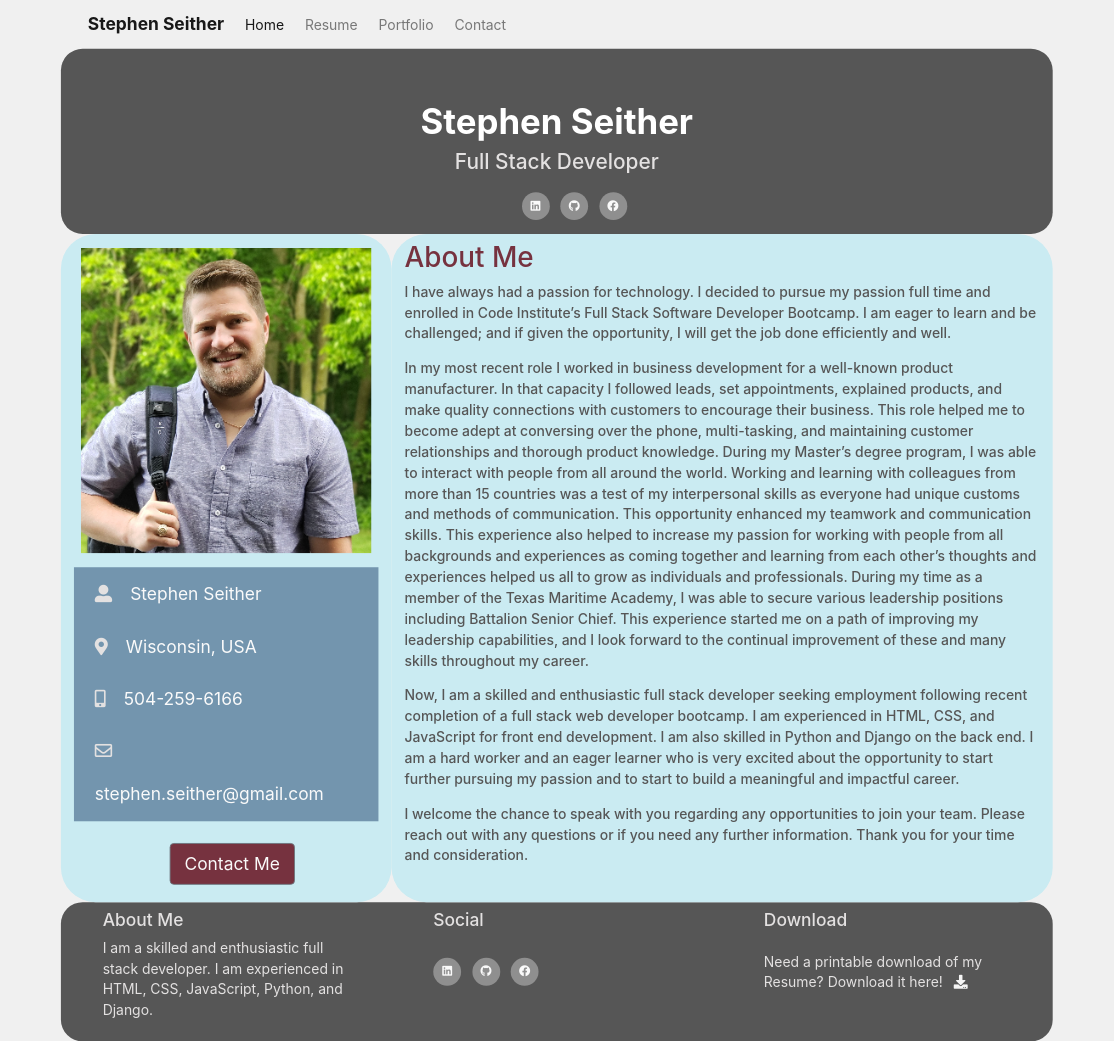
Repository: stephenseither/First-Milestone-Project
Page: index.html
The author's editor kept a record of every edit. The page is drawn from the files as they stood at one moment, then again after the next edit.
The browser window is 1280 px wide. The pictures show the whole page, at 87% of full size.
The pointer rests on the first visible `.photo`.
Some web libraries are served in a nearby version.

Above is the page before.

After the next edit:
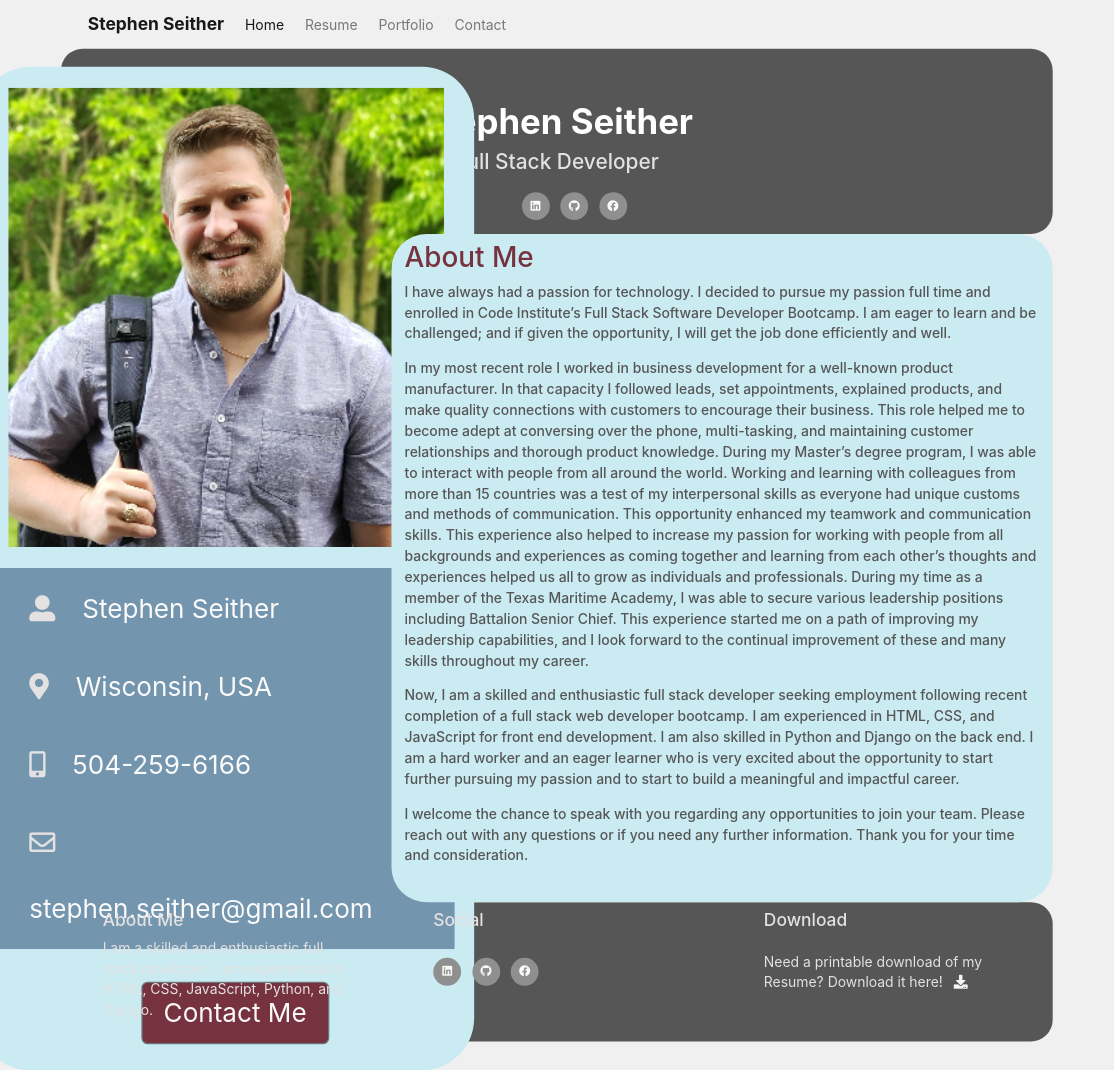
The edit:
--- a/assets/css/style.css
+++ b/assets/css/style.css
@@ -121,6 +121,13 @@
     -moz-transition: all 0.35s ease-in-out;
     -webkit-transition: all 0.35s ease-in-out;
     -o-transition: all 0.35s ease-in-out;
+}
+
+.photo:hover {
+    transform: scale(1.5);
+    -webkit-transform: scale(1.5);
+    -moz-transform: scale(1.5);
+    -o-transform: scale(1.5);
 }
 
 h2 {

After the 2 edits that followed:
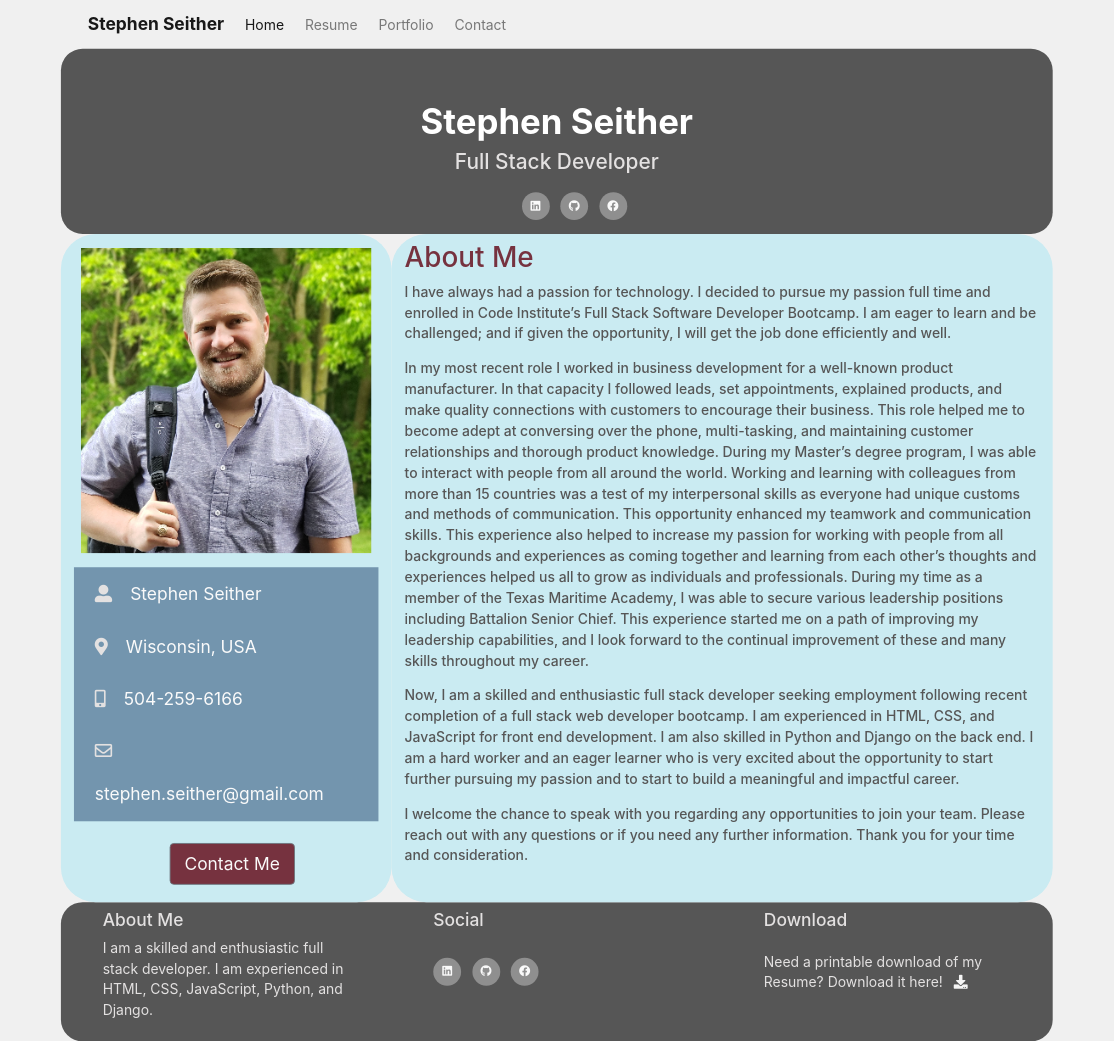
The 2 edits are shown as one change because 1 left the picture as it was.
The edit:
--- a/assets/css/style.css
+++ b/assets/css/style.css
@@ -117,17 +117,19 @@
 .photo {
     border-width: 2px 4px;
     border-radius: 40px;
-    transition: all 0.35s ease-in-out, ;
-    -moz-transition: all 0.35s ease-in-out;
-    -webkit-transition: all 0.35s ease-in-out;
-    -o-transition: all 0.35s ease-in-out;
-}
-
-.photo:hover {
-    transform: scale(1.5);
-    -webkit-transform: scale(1.5);
-    -moz-transform: scale(1.5);
-    -o-transform: scale(1.5);
+}
+.profil-img {
+    transition: all 0.35s ease-in-out, ;
+    -moz-transition: all 0.35s ease-in-out;
+    -webkit-transition: all 0.35s ease-in-out;
+    -o-transition: all 0.35s ease-in-out;
+}
+
+.profile-img:hover {
+    transform: scale(1.1);
+    -webkit-transform: scale(1.1);
+    -moz-transform: scale(1.1);
+    -o-transform: scale(1.1);
 }
 
 h2 {
